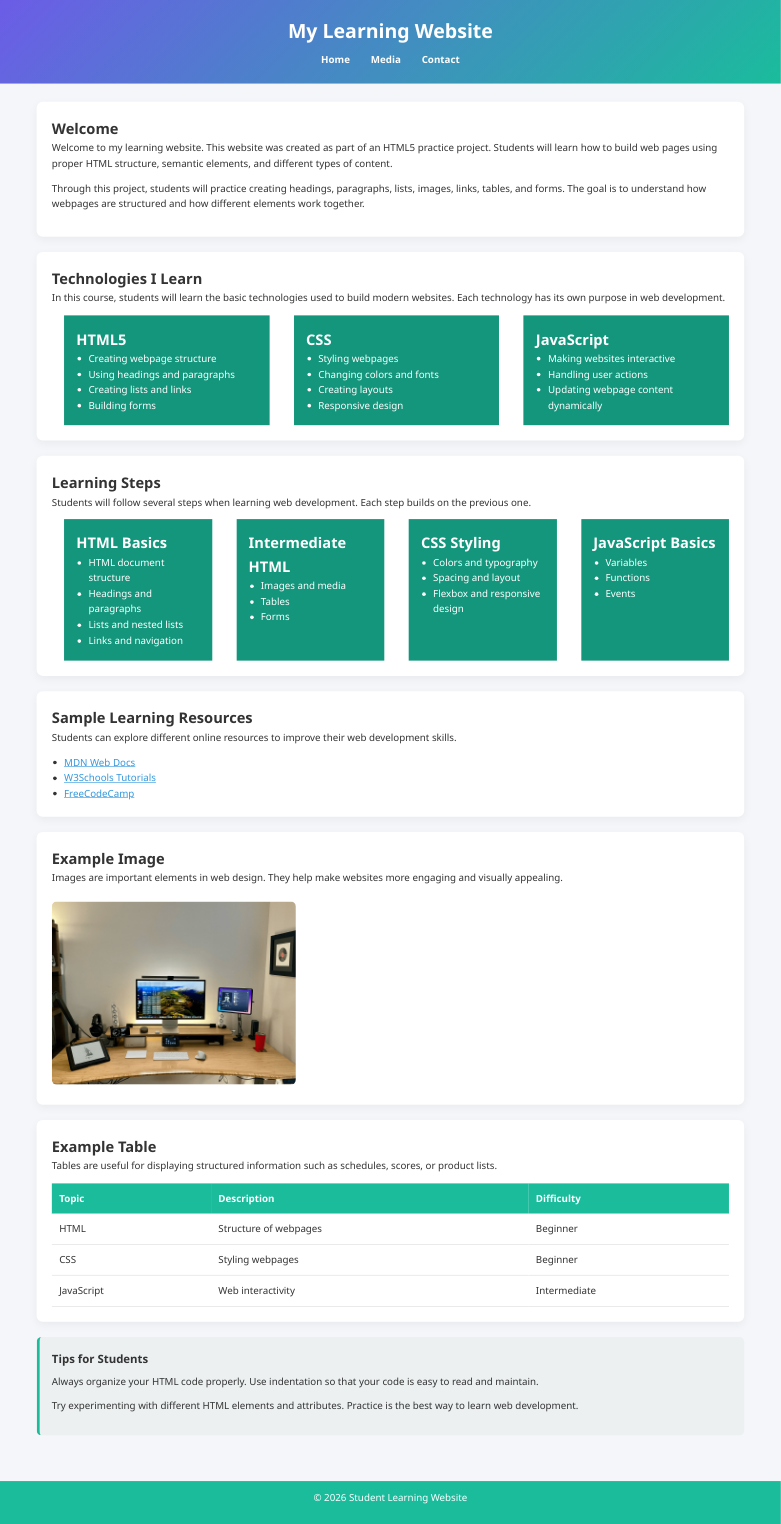
Repository: Than-sothearak/web_client_programing
Page: Week_03/index.html
An editor plug-in stored every save of this project. The page is shown before and after the next save, followed by the edit.
The browser window is 1280 px wide. The pictures show the whole page, at 61% of full size.

Above is the page before, as saved 2026-03-24 21:27:16.

### Week_03/index.html
<!doctype html>
<html lang="en">
  <head>
    <meta charset="UTF-8" />
    <meta name="viewport" content="width=device-width, initial-scale=1.0" />
    <title>My Learning Website</title>
    <link rel="stylesheet" href="styles.css" />
  </head>

  <body>
    <header>
      <h1>My Learning Website</h1>

      <nav>
        <ul>
          <li><a href="index.html">Home</a></li>
          <li><a href="gallery.html">Media</a></li>
          <li><a href="contact.html">Contact</a></li>
        </ul>
      </nav>
    </header>

    <main>
      <section>
        <article>
          <h2>Welcome</h2>

          <p>
            Welcome to my learning website. This website was created as part of
            an HTML5 practice project. Students will learn how to build web
            pages using proper HTML structure, semantic elements, and different
            types of content.
          </p>

          <p>
            Through this project, students will practice creating headings,
            paragraphs, lists, images, links, tables, and forms. The goal is to
            understand how webpages are structured and how different elements
            work together.
          </p>
        </article>
      </section>

      <section>
        <h2>Technologies I Learn</h2>

        <p>
          In this course, students will learn the basic technologies used to
          build modern websites. Each technology has its own purpose in web
          development.
        </p>

        <ul class="card-container">
          <li class="card">
            <h2>HTML5</h2>
            <ul>
              <li>Creating webpage structure</li>
              <li>Using headings and paragraphs</li>
              <li>Creating lists and links</li>
              <li>Building forms</li>
            </ul>
          </li>

          <li class="card">
            <h2>CSS</h2>
            <ul>
              <li>Styling webpages</li>
              <li>Changing colors and fonts</li>
              <li>Creating layouts</li>
              <li>Responsive design</li>
            </ul>
          </li>

          <li class="card">
            <h2>JavaScript</h2>
            <ul>
              <li>Making websites interactive</li>
              <li>Handling user actions</li>
              <li>Updating webpage content dynamically</li>
            </ul>
          </li>
        </ul>
      </section>

      <section>
        <h2>Learning Steps</h2>

        <p>
          Students will follow several steps when learning web development. Each
          step builds on the previous one.
        </p>

        <ol class="card-container">
          <li class="card">
            <h2>HTML Basics</h2>
            <ul>
              <li>HTML document structure</li>
              <li>Headings and paragraphs</li>
              <li>Lists and nested lists</li>
              <li>Links and navigation</li>
            </ul>
          </li>

          <li class="card">
           <h2>Intermediate HTML</h2>
            <ul>
              <li>Images and media</li>
              <li>Tables</li>
              <li>Forms</li>
            </ul>
          </li>

          <li class="card">
            <h2>CSS Styling</h2>
            <ul>
              <li>Colors and typography</li>
              <li>Spacing and layout</li>
              <li>Flexbox and responsive design</li>
            </ul>
          </li>

          <li class="card">
            <h2>JavaScript Basics</h2>
            <ul>
              <li>Variables</li>
              <li>Functions</li>
              <li>Events</li>
            </ul>
          </li>
        </ol>
      </section>

      <section>
        <h2>Sample Learning Resources</h2>

        <p>
          Students can explore different online resources to improve their web
          development skills.
        </p>

        <ul>
          <li>
            <a href="https://developer.mozilla.org" target="_blank">
              MDN Web Docs
            </a>
          </li>

          <li>
            <a href="https://www.w3schools.com" target="_blank">
              W3Schools Tutorials
            </a>
          </li>

          <li>
            <a href="https://www.freecodecamp.org" target="_blank">
              FreeCodeCamp
            </a>
          </li>
        </ul>
      </section>

      <section>
        <h2>Example Image</h2>

        <p>
          Images are important elements in web design. They help make websites
          more engaging and visually appealing.
        </p>

        <img src="../images/computer.png" alt="Computer setup" width="400" />
      </section>

      <section>
        <h2>Example Table</h2>

        <p>
          Tables are useful for displaying structured information such as
          schedules, scores, or product lists.
        </p>

        <table>
          <tr>
            <th>Topic</th>
            <th>Description</th>
            <th>Difficulty</th>
          </tr>

          <tr>
            <td>HTML</td>
            <td>Structure of webpages</td>
            <td>Beginner</td>
          </tr>

          <tr>
            <td>CSS</td>
            <td>Styling webpages</td>
            <td>Beginner</td>
          </tr>

          <tr>
            <td>JavaScript</td>
            <td>Web interactivity</td>
            <td>Intermediate</td>
          </tr>
        </table>
      </section>

      <aside>
        <h3>Tips for Students</h3>

        <p>
          Always organize your HTML code properly. Use indentation so that your
          code is easy to read and maintain.
        </p>

        <p>
          Try experimenting with different HTML elements and attributes.
          Practice is the best way to learn web development.
        </p>
      </aside>
    </main>

    <footer>
      <p>© 2026 Student Learning Website</p>
    </footer>
  </body>
</html>

### Week_03/styles.css
/* Reset basic spacing */

/* Reset */

* {
  margin: 0;
  padding: 0;
  box-sizing: border-box;
}

/* Body */

body {
  font-family: "Segoe UI", Arial, sans-serif;
  background: #f4f6f9;
  color: #333;
  line-height: 1.6;
}

/* Header */

header {
  background: linear-gradient(135deg, #6c5ce7, #1abc9c);
  color: white;
  padding: 25px 20px;
  text-align: center;
}

/* Navigation */

nav ul {
  list-style: none;
  margin-top: 10px;
}

nav ul li {
  display: inline-block;
  margin: 0 15px;
}

nav a {
  color: white;
  text-decoration: none;
  font-weight: 600;
  transition: 0.3s;
}

nav a:hover {
  color: #1abc9c;
}

/* Main container */

main {
  max-width: 1200px;
  margin: auto;
  padding: 30px 20px;
}

/* Section cards */

section {
  background: white;
  padding: 25px;
  margin-bottom: 25px;
  border-radius: 10px;
  box-shadow: 0 5px 15px rgba(0, 0, 0, 0.05);
}

/* Headings */

h1 {
  font-size: 32px;
  margin-bottom: 10px;
}


h3 {
  margin-bottom: 10px;
}

/* Paragraph */

p {
  margin-bottom: 15px;
}

/* Lists */

.card-container {
  display: flex;
  gap: 20px;
  list-style: none;
}

.card {
  padding: 20px;
  color: white;
  width: 100%;
  background-color: #13967c;
}

li{
  margin-left: 20px;
  list-style:disc;
}



/* Links */

a {
  color: #3498db;
}

a:hover {
  text-decoration: underline;
}

/* Image styling */

img {
  max-width: 100%;
  height: auto;
  border-radius: 8px;
  margin-top: 10px;
}

/* Table */

table {
  width: 100%;
  border-collapse: collapse;
  margin-top: 10px;
}

th,
td {
  padding: 12px;
  text-align: left;
  border-bottom: 1px solid #ddd;
}

th {
  background: #1abc9c;
  color: white;
}

tr:hover {
  background: #f1f1f1;
}

/* Aside */

aside {
  background: #ecf0f1;
  padding: 20px;
  border-left: 5px solid #1abc9c;
  border-radius: 8px;
  margin-bottom: 25px;
}

/* Footer */

footer {
  text-align: center;
  background: #1abc9c;
  color: white;
  padding: 15px;
  margin-top: 20px;
}

/* Responsive Design */

@media (max-width: 768px) {
  nav ul li {
    display: block;
    margin: 10px 0;
  }

  main {
    padding: 20px 15px;
  }

  h1 {
    font-size: 26px;
  }
}

.images-gallery {
  width: 100%;
  display: flex;
  flex-wrap: wrap;
  gap: 20px;
}

.images-gallery figure {
  flex: 1 1 calc(50% - 20px);
}

.images-gallery img {
  width: 100%;
  height: auto;
}

figcaption {
  margin-top: 8px;
  font-size: 14px;
  color: #555;
}

@media (max-width: 768px) {
  .images-gallery {
    flex-direction: column;
    align-items: center;
  }


}

After the next save:
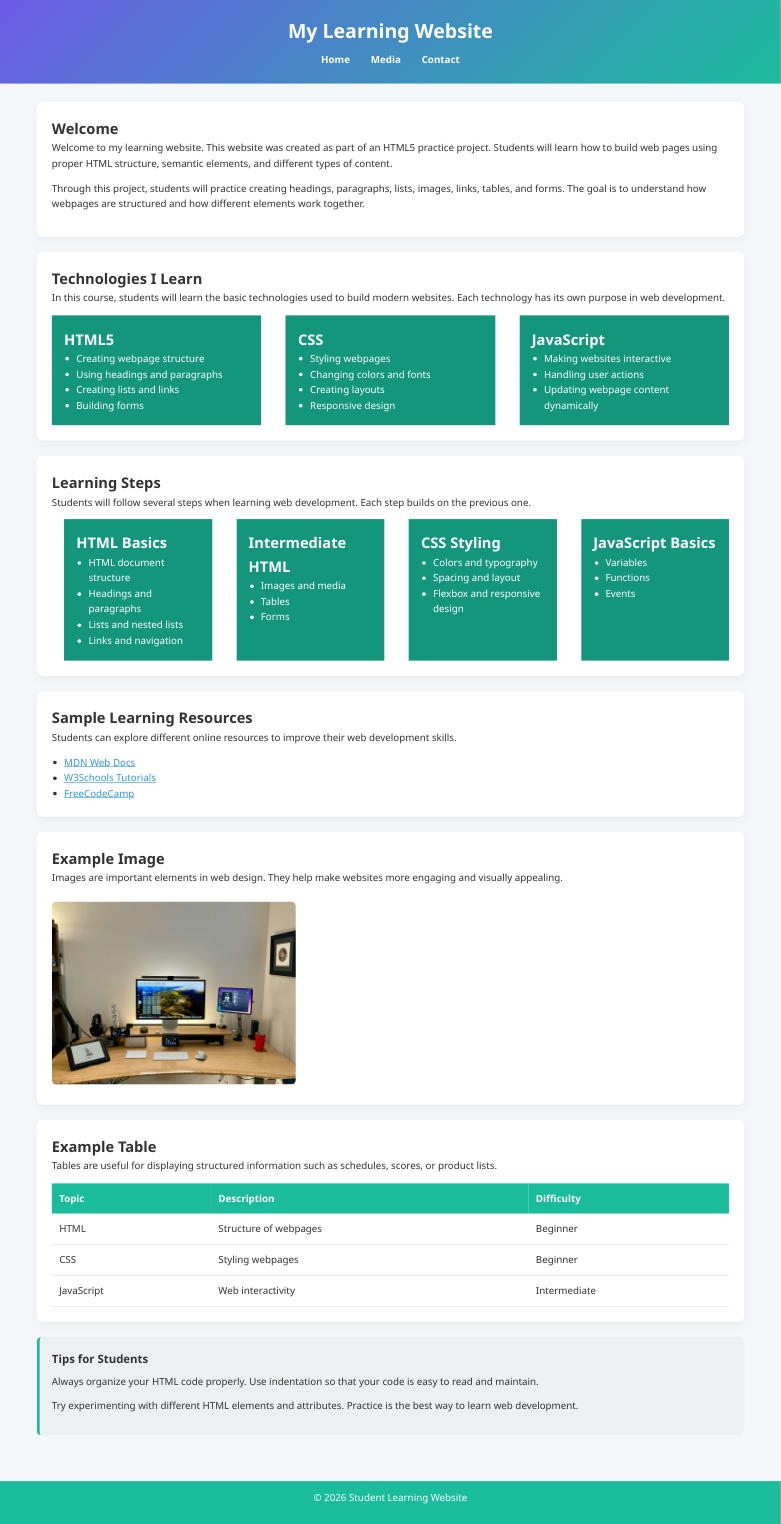
Saved 41 s later.
--- a/Week_03/index.html
+++ b/Week_03/index.html
@@ -51,7 +51,7 @@
         </p>
 
         <ul class="card-container">
-          <li class="card">
+          <div class="card">
             <h2>HTML5</h2>
             <ul>
               <li>Creating webpage structure</li>
@@ -59,7 +59,7 @@
               <li>Creating lists and links</li>
               <li>Building forms</li>
             </ul>
-          </li>
+          </div>
 
           <li class="card">
             <h2>CSS</h2>
